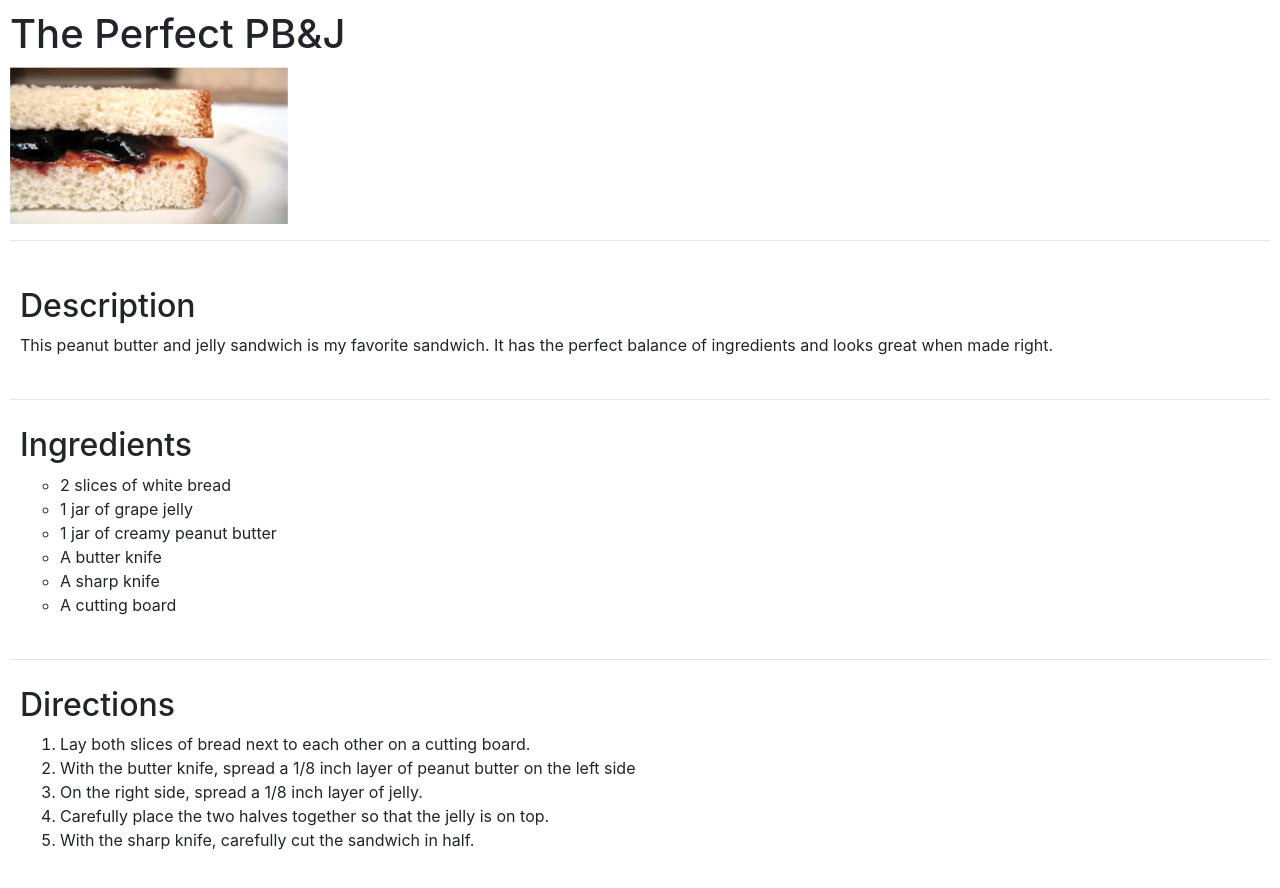
Repository: 9-5-pursuit/lab-intro-to-html
Page: recipe.html
The author's editor kept a copy of each file at every save. The page is drawn from the files as they stood at one save, then again after the next save.
The browser window is 1280 px wide. The pictures show the whole page.

Above is the page before, as saved 2023-02-28 09:08:03.

### recipe.html
<!DOCTYPE html>
<html lang="en">
  <head>
    <meta charset="UTF-8" />
    <meta http-equiv="X-UA-Compatible" content="IE=edge" />
    <meta name="viewport" content="width=device-width, initial-scale=1.0" />
    <link
      rel="stylesheet"
      href="https://maxcdn.bootstrapcdn.com/bootstrap/4.0.0/css/bootstrap.min.css"
    />
    <title>The Perfect Sandwich</title>
    <style>
        div {
            padding: 10px;
        },
        body {
            font-family: "Trirong", serif;
        }
    </style>
  </head>
  <body>
    <div id="header-inner" class="header-inner">
      <h1>The Perfect PB&J</h1>
      <img
        src="images/pbjSandwich.png"
        class="img-fluid"
        alt="a close-up image of a peanut butter and jelly sandwich"
      />
      <hr />
    </div>
    <div id="content" class="content">
      <div>
        <h2>Description</h2>
        <p>
          This peanut butter and jelly sandwich is my favorite sandwich. It has
          the perfect balance of ingredients and looks great when made right.
        </p>
      </div>
      <hr />
      <div>
        <h2>Ingredients</h2>
        <ul type="circle">
          <li>2 slices of white bread</li>
          <li>1 jar of grape jelly</li>
          <li>1 jar of creamy peanut butter</li>
          <li>A butter knife</li>
          <li>A sharp knife</li>
          <li>A cutting board</li>
        </ul>
      </div>
      <hr />
      <div>
        <h2>Directions</h2>
        <ol>
          <li>
            Lay both slices of bread next to each other on a cutting board.
          </li>
          <li>
            With the butter knife, spread a 1/8 inch layer of peanut butter on
            the left side
          </li>
          <li>On the right side, spread a 1/8 inch layer of jelly.</li>
          <li>
            Carefully place the two halves together so that the jelly is on top.
          </li>
          <li>With the sharp knife, carefully cut the sandwich in half.</li>
        </ol>
      </div>
    </div>
  </body>
</html>

After the next save:
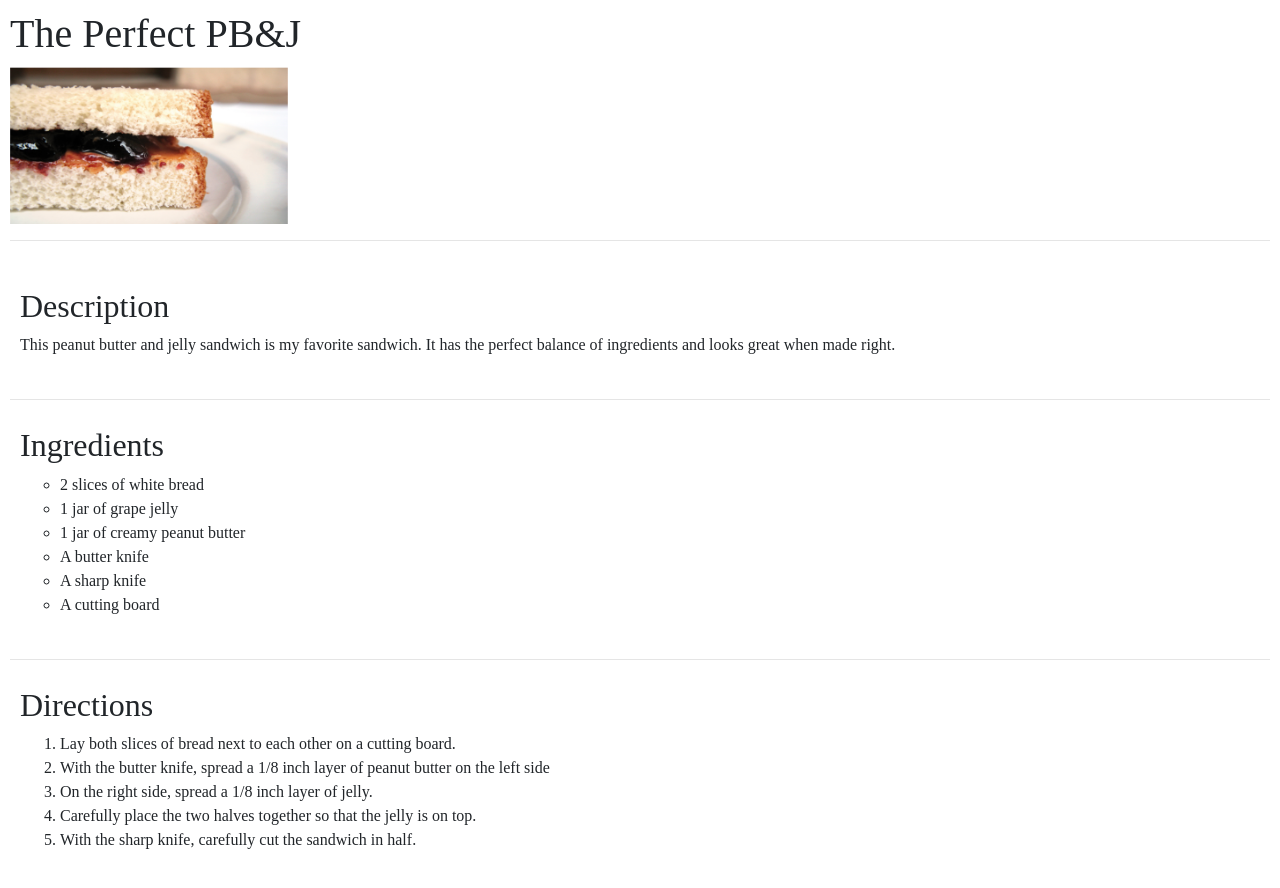
Saved 14 s later.
--- a/recipe.html
+++ b/recipe.html
@@ -12,7 +12,7 @@
     <style>
         div {
             padding: 10px;
-        },
+        }
         body {
             font-family: "Trirong", serif;
         }
